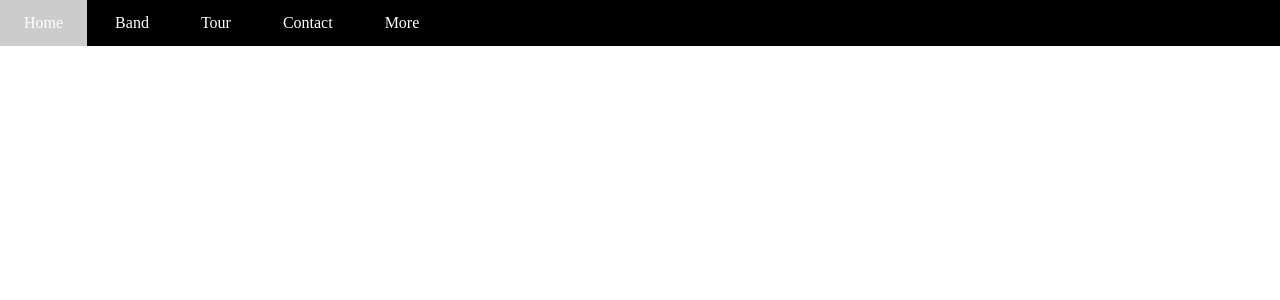
Repository: TranPhucThinh/clone-the-band
Page: index.html
An editor plug-in stored every save of this project. The page is shown before and after the next save, followed by the edit.
The browser window is 1280 px wide. The pictures show the whole page.

Above is the page before, as saved 2022-08-03 21:47:11.

### index.html
<!DOCTYPE html>
<html lang="en">

<head>
    <meta charset="UTF-8">
    <meta http-equiv="X-UA-Compatible" content="IE=edge">
    <meta name="viewport" content="width=device-width, initial-scale=1.0">

    <title>The Band</title>

    <link rel="stylesheet" href="./assets/style.css">
</head>

<body>
    <div id="main">

        <div id="header">
            <ul id="nav">
                <li><a href="">Home</a></li>
                <li><a href="">Band</a></li>
                <li><a href="">Tour</a></li>
                <li><a href="">Contact</a></li>
                <li>
                    <a href="">More</a>
                    <ul class="subnav">
                        <li><a href="">Merchandise</a></li>
                        <li><a href="">Extras</a></li>
                        <li><a href="">Media</a></li>
                    </ul>
                </li>
            </ul>
        </div>

        <div id="slider">

        </div>

        <div id="content">

        </div>

        <div id="footer">

        </div>

    </div>
</body>

</html>

### assets/style.css
* {
  padding: 0;
  margin: 0;
  box-sizing: border-box;
}

#header {
  height: 46px;
  background-color: #000;
}

#nav li {
  display: inline-block;
  padding: 0 24px;
}

#nav li a {
  text-decoration: none;
  color: #fff;
  line-height: 46px;
  transform: text-transform: uppercase;;
}

#nav li:hover {
  background-color: #ccc;
  color: #000;
  cursor: pointer;
}

#nav .subnav {
  display: none;
}

After the next save:
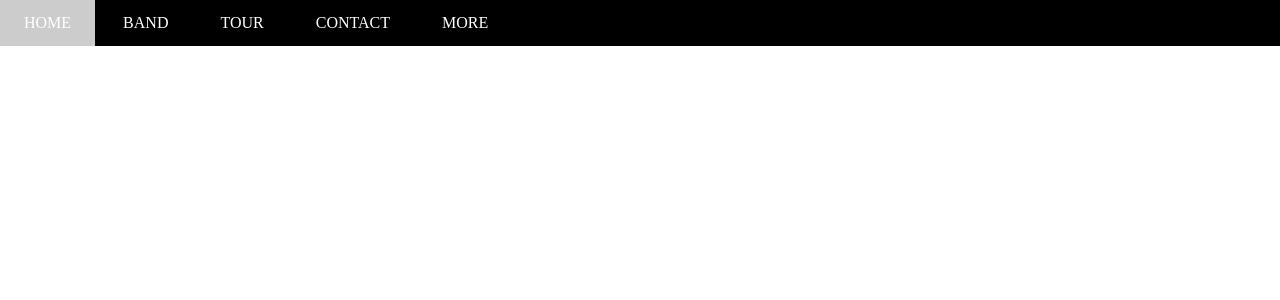
Saved 4 s later.
--- a/assets/style.css
+++ b/assets/style.css
@@ -18,7 +18,7 @@
   text-decoration: none;
   color: #fff;
   line-height: 46px;
-  transform: text-transform: uppercase;;
+  text-transform: uppercase;
 }
 
 #nav li:hover {
